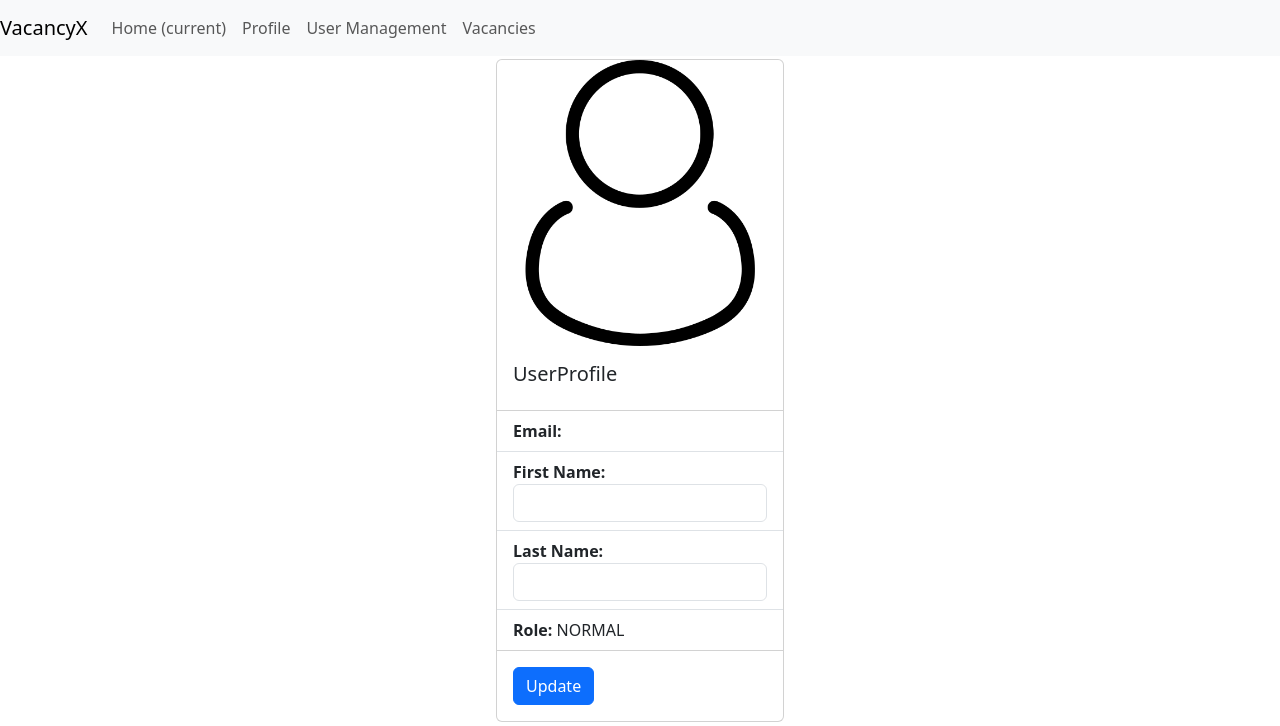
Repository: zipArk99/Vacancy-portal-serv
Page: http://localhost/VacancyPortal/updateuserdetail_page.jsp
The author's editor kept a copy of each file at every save. The page is drawn from the files as they stood at one save, then again after the next save.
The browser window is 1280 px wide. The pictures show the whole page.
The page is served by Tomcat 9. The template is opened directly, without the code that normally fills it, so the values that code supplies are empty.

Above is the page before, as saved 2024-08-21 05:16:45.

After the next save:
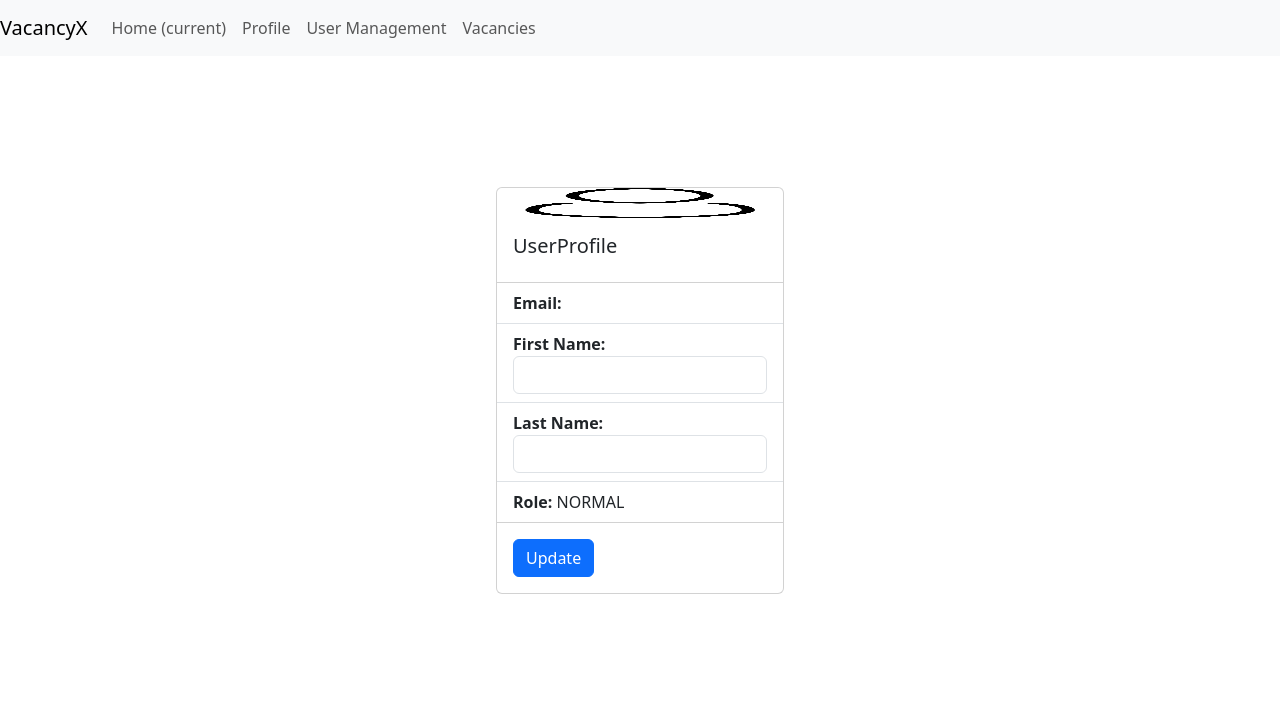
Saved 24 s later.
--- a/VacancyPortal/src/main/webapp/updateuserdetail_page.jsp
+++ b/VacancyPortal/src/main/webapp/updateuserdetail_page.jsp
@@ -26,7 +26,7 @@ body, html {
 <form action="/VacancyPortal/user" method="PUT">
 	<div class="container">
 		<div class="card" style="width: 18rem;">
-			<img src="user.png" class="card-img-top" alt="...">
+			<img src="user.png" class="card-img-top" alt="..." height="30px" >
 			<div class="card-body">
 				<h5 class="card-title">UserProfile</h5>
 			</div>
